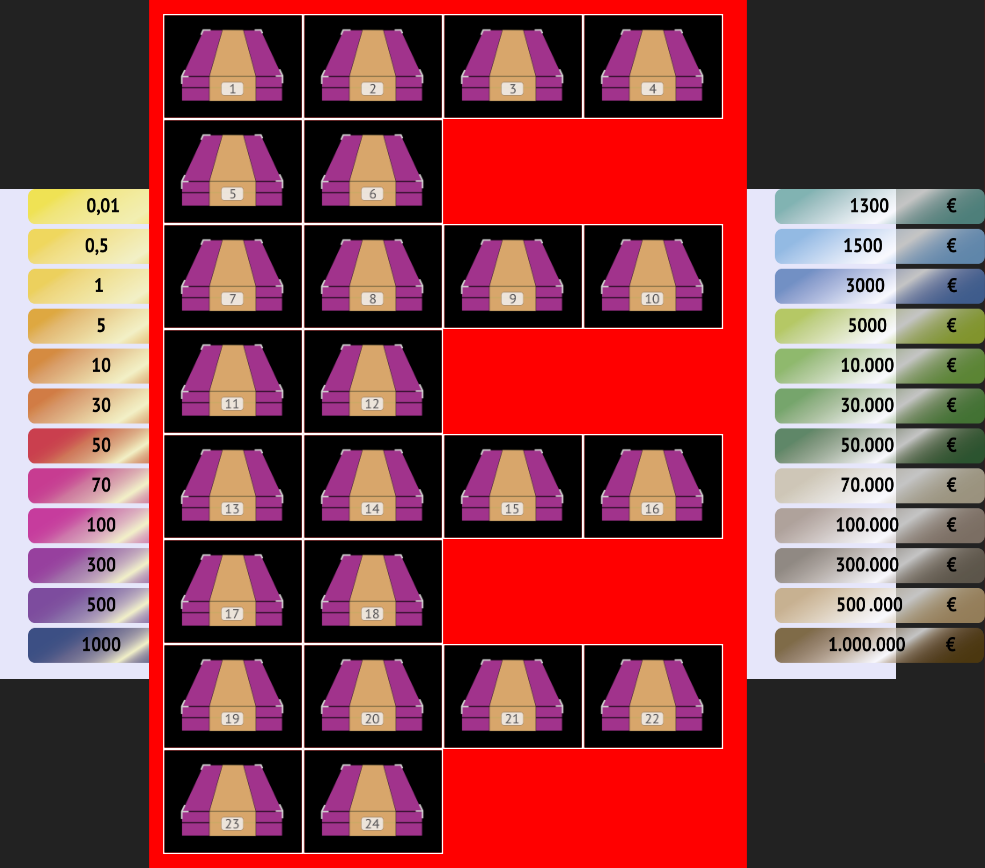
Repository: elnacp/Deal_or_no_deal
Page: DealOrNoDeal/index.html
These files come from the project's save history. The page is drawn as it stood at one moment and after the next save; the edit follows.
The browser window is 1280 px wide. The page is 1407 px wide, then 1280 px, then 1407 px, so the pictures cover 1407 px, including what lies to the right of the window. The pictures show the part of the page from y = 0 to 1720 px (the page is 1240 px tall before and 2640 px after), at 70% of full size.
Some web libraries are served in a nearby version.

Above is the page before, as saved 2017-11-27 01:11:49.

After the next save:
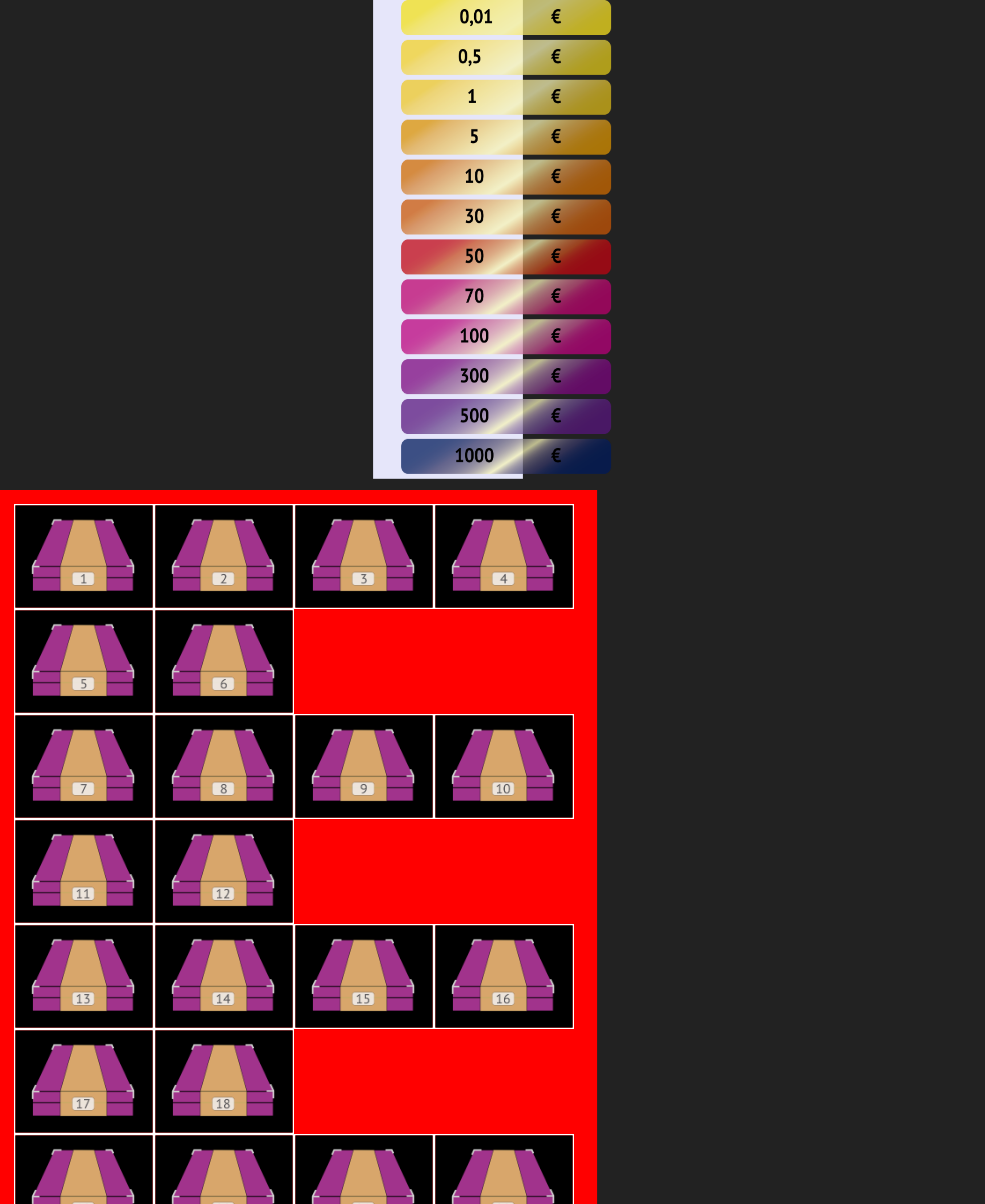
Saved 17 s later.
--- a/DealOrNoDeal/css/style.css
+++ b/DealOrNoDeal/css/style.css
@@ -37,6 +37,11 @@ body {
 	margin: none;
 	display: block;
 }
+
+#mainrow{
+
+	display: inline-block;
+}
 #prizes{
 	width: 300px;
 	height:50px;

After the save that followed:
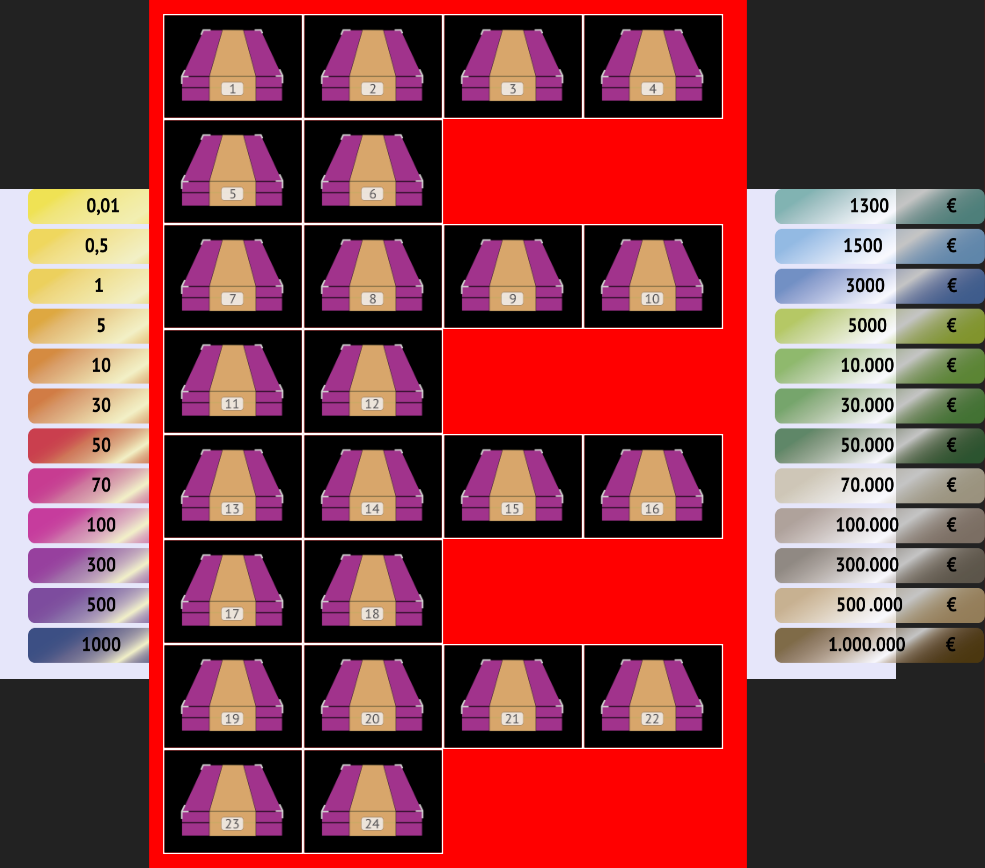
Saved 15 s later.
--- a/DealOrNoDeal/index.html
+++ b/DealOrNoDeal/index.html
@@ -20,7 +20,7 @@
 <body>
 
 	<div class = "container-fluid">
-		<div class="row" id= "mainrow">
+		<div class="row">
    			<div class="col-md-2">
    				<ul>
 					<input type="image"  id ="prizes" src="./img/prizes/0,01.png"   />
